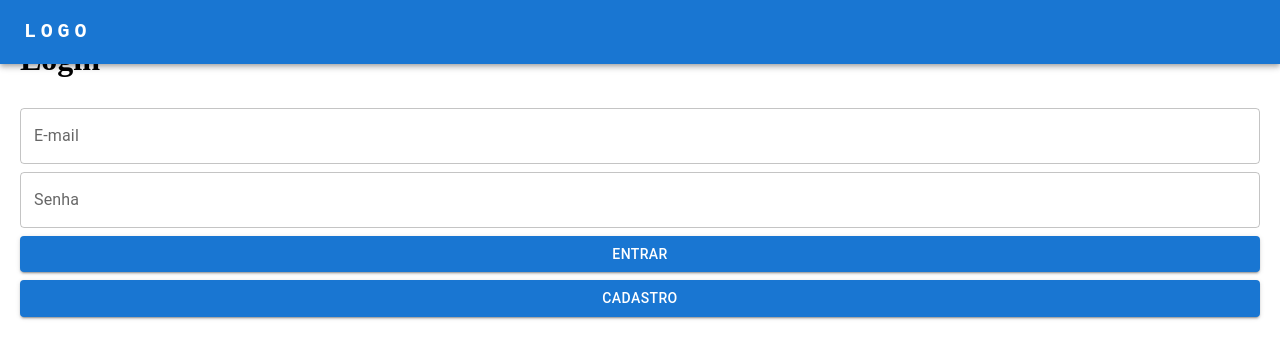
Repository: GabrielLeao02/sistema-react
Page: /register
An editor plug-in stored every save of this project. The page is shown before and after the next save, followed by the edit.
The browser window is 1280 px wide. The pictures show the whole page.
The project was rebuilt for these pictures with package versions that can differ from the ones it lists, and the page was loaded fresh each time. Also part of the build but not shown: src/presenter/home/home.tsx, src/presenter/form/formUser.tsx.

Above is the page before, as saved 2023-07-25 09:43:17.

### index.html
<!DOCTYPE html>
<html lang="en">
  <head>
    <meta charset="UTF-8" />
    <link rel="icon" type="image/svg+xml" href="/vite.svg" />
    <meta name="viewport" content="width=device-width, initial-scale=1.0" />
    <title>Vite + React + TS</title>
    <style>
      html, body{
        margin: 0;
        padding: 0;
        box-sizing: border-box;
      }
    </style>
  </head>
  <body>
    <div id="root"></div>
    <script type="module" src="/src/main.tsx"></script>
  </body>
</html>

### src/App.tsx

import { Routes, Route, BrowserRouter } from 'react-router-dom';
import Home from './presenter/home/home';
import Register from './presenter/register/register';
import NavBar from './presenter/navBar/navBar';
import ContainerGlobal from './presenter/containerGlobal/containerGlobal';
import ContainerStyled from './presenter/containerGlobal/containerStyled';

function App() {
	return (
		<>
			<NavBar />
			<ContainerGlobal>

					<BrowserRouter>
						<Routes>
							<Route path='/' element={<Register />} />
							<Route path='/home' element={<ContainerStyled><Home /></ContainerStyled>} />
							<Route path='/register' element={<Register />} />
						</Routes>
					</BrowserRouter>

			</ContainerGlobal>
		</>
	);
}

export default App;

### src/presenter/register/register.tsx
import { useState } from 'react';
import FormUser from "../form/formUser";
import FormLogin from "../form/formLogin";

function Register() {
    const [mostrarBotao, setMostrarBotao] = useState(false);

    return (
        <>
            {mostrarBotao ? <FormUser setMostrarBotao={setMostrarBotao} /> : <FormLogin setMostrarBotao={setMostrarBotao} />}
        </>
    );
}

export default Register;

### src/presenter/navBar/navBar.tsx
import * as React from 'react';
import AppBar from '@mui/material/AppBar';
import Box from '@mui/material/Box';
import Toolbar from '@mui/material/Toolbar';
import IconButton from '@mui/material/IconButton';
import Typography from '@mui/material/Typography';
import Menu from '@mui/material/Menu';
import MenuIcon from '@mui/icons-material/Menu';
import Container from '@mui/material/Container';
import Avatar from '@mui/material/Avatar';
import Button from '@mui/material/Button';
import Tooltip from '@mui/material/Tooltip';
import MenuItem from '@mui/material/MenuItem';
import { styled } from "styled-components";

const NavBarStyled = styled.div`
  box-sizing: border-box;
  position: absolute;
  top: 0;
  width: 100%;
  display: flex;
  border: non;
  justify-content: space-between;
  align-items: center;
`;

const pages = ['register', 'Pricing', 'Blog'];
const settings = ['Profile', 'Account', 'Dashboard', 'Logout'];

const NavBar: React.VFC = () => {
    const [anchorElNav, setAnchorElNav] = React.useState<null | HTMLElement>(null);
    const [anchorElUser, setAnchorElUser] = React.useState<null | HTMLElement>(null);

    const handleOpenNavMenu = (event: React.MouseEvent<HTMLElement>) => {
        setAnchorElNav(event.currentTarget);
    };
    const handleOpenUserMenu = (event: React.MouseEvent<HTMLElement>) => {
        setAnchorElUser(event.currentTarget);
    };

    const handleCloseNavMenu = (event: string) => {
        window.location.href = "/" + event;
    };

    const handleCloseUserMenu = () => {
        setAnchorElUser(null);
    };

    return (
        <NavBarStyled>
            <AppBar position="static">
                <Container maxWidth="xl">
                    <Toolbar disableGutters>
                        <Typography
                            variant="h6"
                            noWrap
                            component="a"
                            href="/home"
                            sx={{
                                fontFamily: 'monospace',
                                fontWeight: 700,
                                letterSpacing: '.3rem',
                                color: 'inherit',
                                textDecoration: 'none',
                            }}
                        >
                            LOGO
                        </Typography>

                        {/* <Box sx={{ flexGrow: 1, display: { xs: 'flex', md: 'none' } }}>
                            <IconButton
                                size="large"
                                aria-label="account of current user"
                                aria-controls="menu-appbar"
                                aria-haspopup="true"
                                onClick={handleOpenNavMenu}
                                color="inherit"
                            >
                                <MenuIcon />
                            </IconButton>
                            <Menu
                                id="menu-appbar"
                                anchorEl={anchorElNav}
                                anchorOrigin={{
                                    vertical: 'bottom',
                                    horizontal: 'left',
                                }}
                                keepMounted
                                transformOrigin={{
                                    vertical: 'top',
                                    horizontal: 'left',
                                }}
                                open={Boolean(anchorElNav)}
                                onClose={handleCloseNavMenu}
                                sx={{
                                    display: { xs: 'block', md: 'none' },
                                }}
                            >
                                {pages.map((page) => (
                                    <MenuItem key={page} onClick={() => handleCloseNavMenu(page)}>
                                        <Typography textAlign="center">{page}</Typography>
                                    </MenuItem>
                                ))}
                            </Menu>
                        </Box>

                        <Box sx={{ flexGrow: 1, display: { xs: 'none', md: 'flex' } }}>
                            {pages.map((page) => (
                                <Button
                                    key={page}
                                    onClick={() => handleCloseNavMenu(page)}
                                    sx={{ my: 2, color: 'white', display: 'block' }}
                                >
                                    {page}
                                </Button>
                            ))}
                        </Box> */}

                        {/* <Box sx={{ flexGrow: 0 }}>
                            <Tooltip title="Open settings">
                                <IconButton onClick={handleOpenUserMenu} sx={{ p: 0 }}>
                                    <Avatar alt="Remy Sharp" src="/static/images/avatar/2.jpg" />
                                </IconButton>
                            </Tooltip>
                            <Menu
                                sx={{ mt: '45px' }}
                                id="menu-appbar"
                                anchorEl={anchorElUser}
                                anchorOrigin={{
                                    vertical: 'top',
                                    horizontal: 'right',
                                }}
                                keepMounted
                                transformOrigin={{
                                    vertical: 'top',
                                    horizontal: 'right',
                                }}
                                open={Boolean(anchorElUser)}
                                onClose={handleCloseUserMenu}
                            >
                                {settings.map((setting) => (
                                    <MenuItem key={setting} onClick={handleCloseUserMenu}>
                                        <Typography textAlign="center">{setting}</Typography>
                                    </MenuItem>
                                ))}
                            </Menu>
                        </Box> */}
                    </Toolbar>
                </Container>
            </AppBar>
        </NavBarStyled>
    );
};

export default NavBar;

### src/presenter/containerGlobal/containerGlobal.tsx
import styled from "styled-components";

const ContainerGlobal = styled.div`
    padding: 20px;
    box-sizing: border-box;
    width: 100%;
    display: flex;
    justify-content: center;

`
export default ContainerGlobal

### src/presenter/containerGlobal/containerStyled.tsx
import styled from "styled-components";

const ContainerStyled = styled.div`
  box-sizing: border-box;
  display: flex;
  justify-content: center;
  flex-direction: column;
  align-items: start;
  margin-top: 80px;
  width: 80%;
  max-width: 800px;
  background: rgba( 255, 255, 255, 0.35 );
  box-shadow: 0 8px 32px 0 rgba( 31, 38, 135, 0.37 );
  backdrop-filter: blur( 13.5px );
  -webkit-backdrop-filter: blur( 13.5px );
  border-radius: 10px;
  border: 1px solid rgba( 255, 255, 255, 0.18 );
  padding: 20px;
`;
export default ContainerStyled

### src/presenter/form/formLogin.tsx
import React, { useState } from "react";
import Button from "@mui/material/Button";
import TextField from "@mui/material/TextField";
import styled from "styled-components";
import { SelectChangeEvent } from '@mui/material/Select';
import bcrypt from 'bcryptjs';
const FormStyled = styled.div`
  box-sizing: border-box;
  display: flex;
  flex-direction: column;
  width: 100%;
  gap: 8px;
`;
type FormLoginProps = {
    setMostrarBotao: (value: boolean) => void;
};


function FormLogin({ setMostrarBotao }: FormLoginProps) {
    const [usuario_email_error, setUsuarioEmailError] = useState(false);
    const [emailErrorText, setEmailErrorText] = useState("");


    const [formData, setFormData] = useState({

        usuario_email: "",
        usuario_senha: ""

    });

    const handleChange = (e: SelectChangeEvent<string[]> | React.ChangeEvent<{ name: string; value: unknown }>) => {
        const { name, value } = e.target as HTMLInputElement;
        setFormData((prevData) => ({ ...prevData, [name]: value }));
    };

    const isEmailValid = (email: string) => {
        // Expressão regular para validar o email
        const emailRegex = /^[^\s@]+@[^\s@]+\.[^\s@]+$/;
        return emailRegex.test(email);
    };

    const login = () => {
        // Lógica do login

        // Após o login ser realizado com sucesso, chame a função setMostrarBotao
        setMostrarBotao(true);
    };

    const handleSubmit = async () => {
        try {
            const { usuario_email, usuario_senha } = formData;

            if (!isEmailValid(usuario_email)) {
                setUsuarioEmailError(true)
                setEmailErrorText("Insira um email valido!")
                return;
            } else {
                setUsuarioEmailError(false)
                setEmailErrorText("")
            }

            const saltRounds = 10;
            const hashedPassword = await bcrypt.hash(usuario_senha, saltRounds);
            formData.usuario_senha = hashedPassword;
            const response = await fetch("http://localhost:5000/salvarusuario", {
                method: "POST",
                headers: {
                    "Content-Type": "application/json",
                },
                body: JSON.stringify(formData),
            });

            if (!response.ok) {
                throw new Error("Erro ao salvar os dados do formulário");
            }


            setFormData({
                usuario_email: "",
                usuario_senha: ""
            });
        } catch (error) {
            console.error(error);
        }
    };

    return (
        <>

            <FormStyled>
                <h1>Login</h1>
                <TextField
                    id="usuario_email"
                    name="usuario_email"
                    error={usuario_email_error}
                    label="E-mail"
                    type="email"
                    variant="outlined"
                    value={formData.usuario_email}
                    onChange={handleChange}
                    helperText={emailErrorText}
                />                    <TextField
                    id="usuario_senha"
                    name="usuario_senha"
                    error={usuario_email_error}
                    label="Senha"
                    type="password"
                    variant="outlined"
                    value={formData.usuario_senha}
                    onChange={handleChange}
                    helperText={emailErrorText}
                />

                <Button variant="contained" onClick={handleSubmit}>
                    Entrar
                </Button>
                <Button variant="contained" onClick={login}>Cadastro</Button>
            </FormStyled>

        </>
    );
}

export default FormLogin;

Loaded but not shown: src/main.tsx (common file)

After the next save:
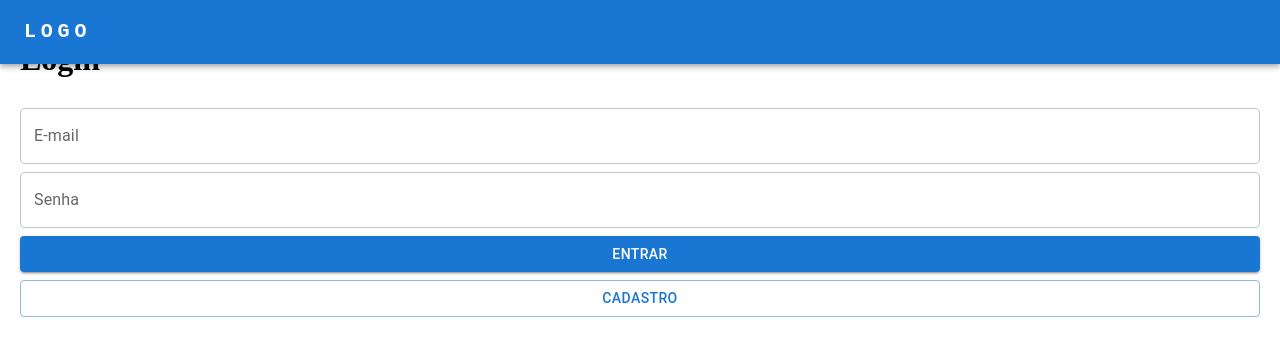
Saved 115 min 10 s later.
--- a/src/presenter/form/formLogin.tsx
+++ b/src/presenter/form/formLogin.tsx
@@ -3,7 +3,8 @@ import Button from "@mui/material/Button";
 import TextField from "@mui/material/TextField";
 import styled from "styled-components";
 import { SelectChangeEvent } from '@mui/material/Select';
-import bcrypt from 'bcryptjs';
+import sha256 from 'sha256';
+
 const FormStyled = styled.div`
   box-sizing: border-box;
   display: flex;
@@ -11,21 +12,18 @@ const FormStyled = styled.div`
   width: 100%;
   gap: 8px;
 `;
+
 type FormLoginProps = {
     setMostrarBotao: (value: boolean) => void;
 };
-
 
 function FormLogin({ setMostrarBotao }: FormLoginProps) {
     const [usuario_email_error, setUsuarioEmailError] = useState(false);
     const [emailErrorText, setEmailErrorText] = useState("");
 
-
     const [formData, setFormData] = useState({
-
         usuario_email: "",
         usuario_senha: ""
-
     });
 
     const handleChange = (e: SelectChangeEvent<string[]> | React.ChangeEvent<{ name: string; value: unknown }>) => {
@@ -59,10 +57,12 @@ function FormLogin({ setMostrarBotao }: FormLoginProps) {
                 setEmailErrorText("")
             }
 
-            const saltRounds = 10;
-            const hashedPassword = await bcrypt.hash(usuario_senha, saltRounds);
+
+            //   formData.usuario_senha = hashedPassword;
+            const hashedPassword = sha256(usuario_senha);
             formData.usuario_senha = hashedPassword;
-            const response = await fetch("http://localhost:5000/salvarusuario", {
+
+            const response = await fetch("http://localhost:5000/login", {
                 method: "POST",
                 headers: {
                     "Content-Type": "application/json",
@@ -73,7 +73,6 @@ function FormLogin({ setMostrarBotao }: FormLoginProps) {
             if (!response.ok) {
                 throw new Error("Erro ao salvar os dados do formulário");
             }
-
 
             setFormData({
                 usuario_email: "",
@@ -86,7 +85,6 @@ function FormLogin({ setMostrarBotao }: FormLoginProps) {
 
     return (
         <>
-
             <FormStyled>
                 <h1>Login</h1>
                 <TextField
@@ -99,24 +97,22 @@ function FormLogin({ setMostrarBotao }: FormLoginProps) {
                     value={formData.usuario_email}
                     onChange={handleChange}
                     helperText={emailErrorText}
-                />                    <TextField
+                />
+                <TextField
                     id="usuario_senha"
                     name="usuario_senha"
-                    error={usuario_email_error}
                     label="Senha"
                     type="password"
                     variant="outlined"
                     value={formData.usuario_senha}
                     onChange={handleChange}
-                    helperText={emailErrorText}
                 />
 
                 <Button variant="contained" onClick={handleSubmit}>
                     Entrar
                 </Button>
-                <Button variant="contained" onClick={login}>Cadastro</Button>
+                <Button variant="outlined" onClick={login}>Cadastro</Button>
             </FormStyled>
-
         </>
     );
 }
